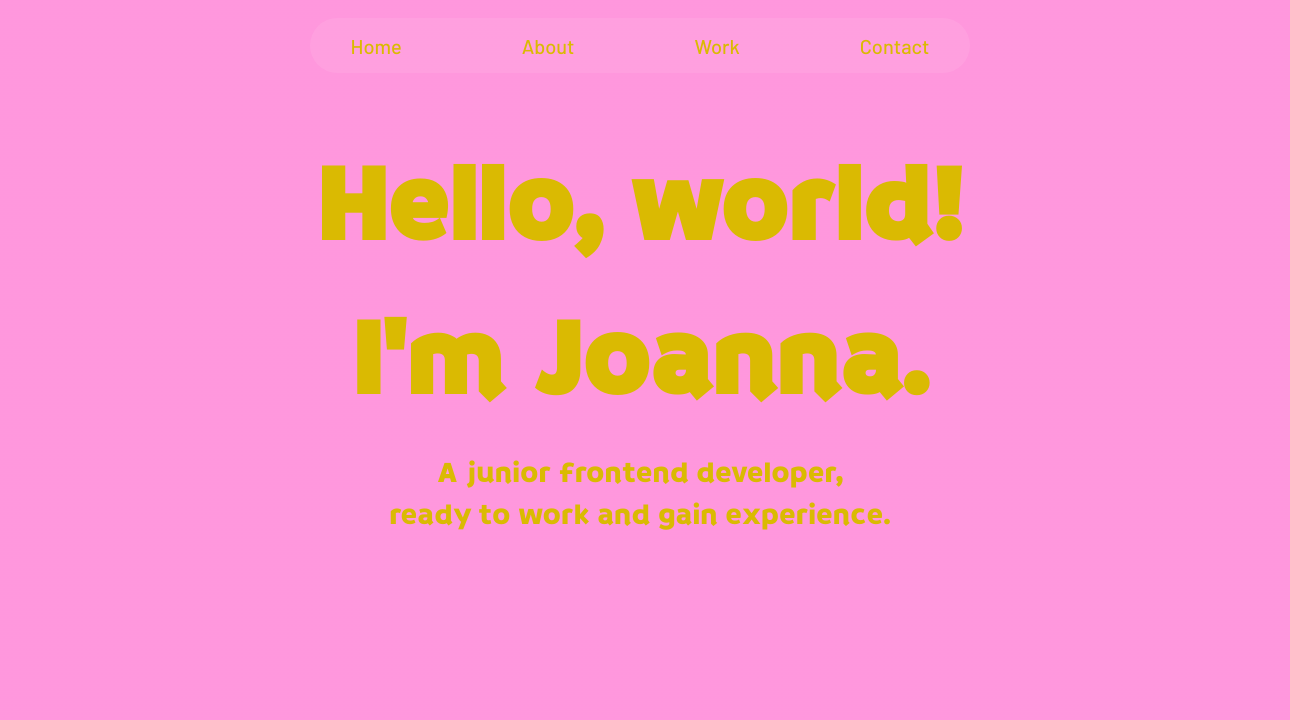
Repository: JJonka/portfolio_site
Page: /
The author's editor kept a copy of each file at every save. The page is drawn from the files as they stood at one save, then again after the next save.
The browser window is 1280 px wide. The page is 1290 px wide, so the pictures cover 1290 px, including what lies to the right of the window. The pictures show the whole page.
The project was rebuilt for these pictures with package versions that can differ from the ones it lists, and the page was loaded fresh each time. Also part of the build but not shown: vite.config.ts, src/components/EndOfSection.module.scss, src/components/EndOfSection.tsx, src/pages/About.tsx, src/components/LogoIcon.module.scss, src/components/LogoIcon.tsx, src/pages/Contact.tsx, src/pages/Work.module.scss and 1 more.

Above is the page before, as saved 2023-10-08 11:26:59.

After the next save:
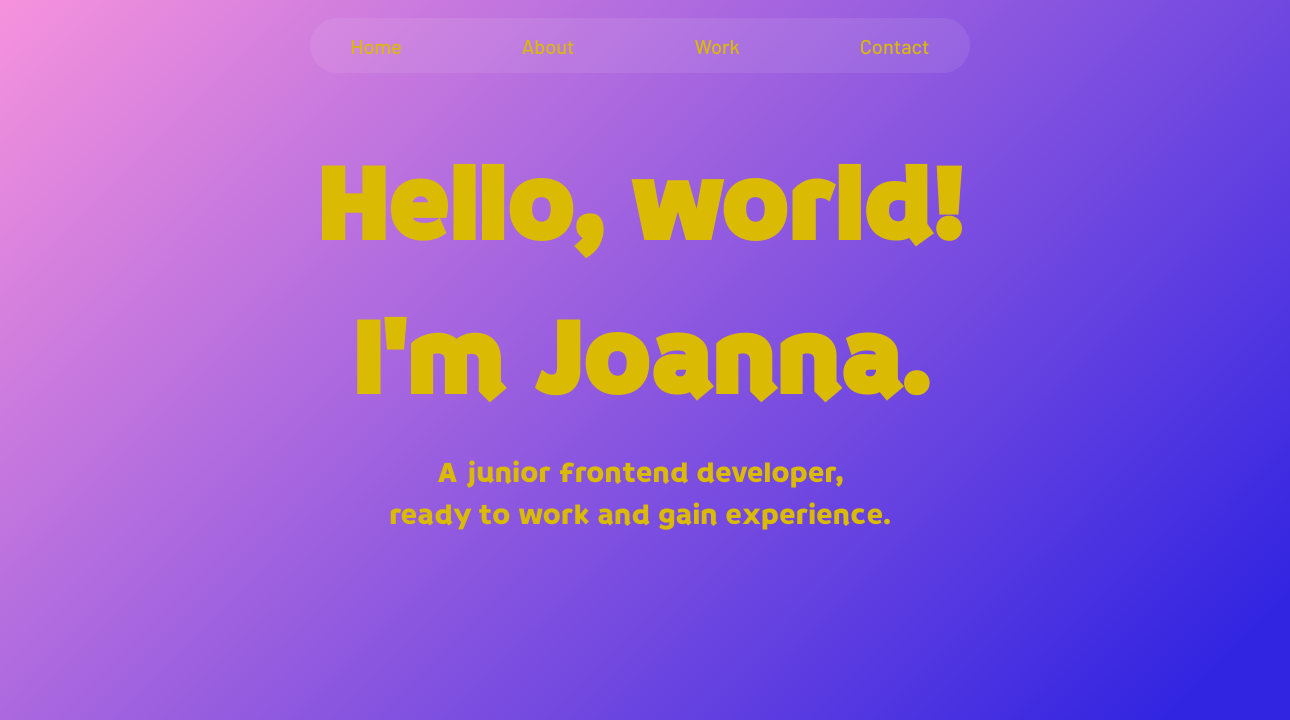
Saved 6 s later.
--- a/src/App.css
+++ b/src/App.css
@@ -19,7 +19,7 @@ body {
 }
 
 .mainBackground {
-    background-image: linear-gradient(135deg, #FF92DB 120% , #2719e0 80%);
+    background-image: linear-gradient(135deg, #FF92DB 20% , #2719e0 80%);
     animation: slide 10s linear infinite alternate;
     animation-fill-mode: forwards;
     animation-delay: -1s;
